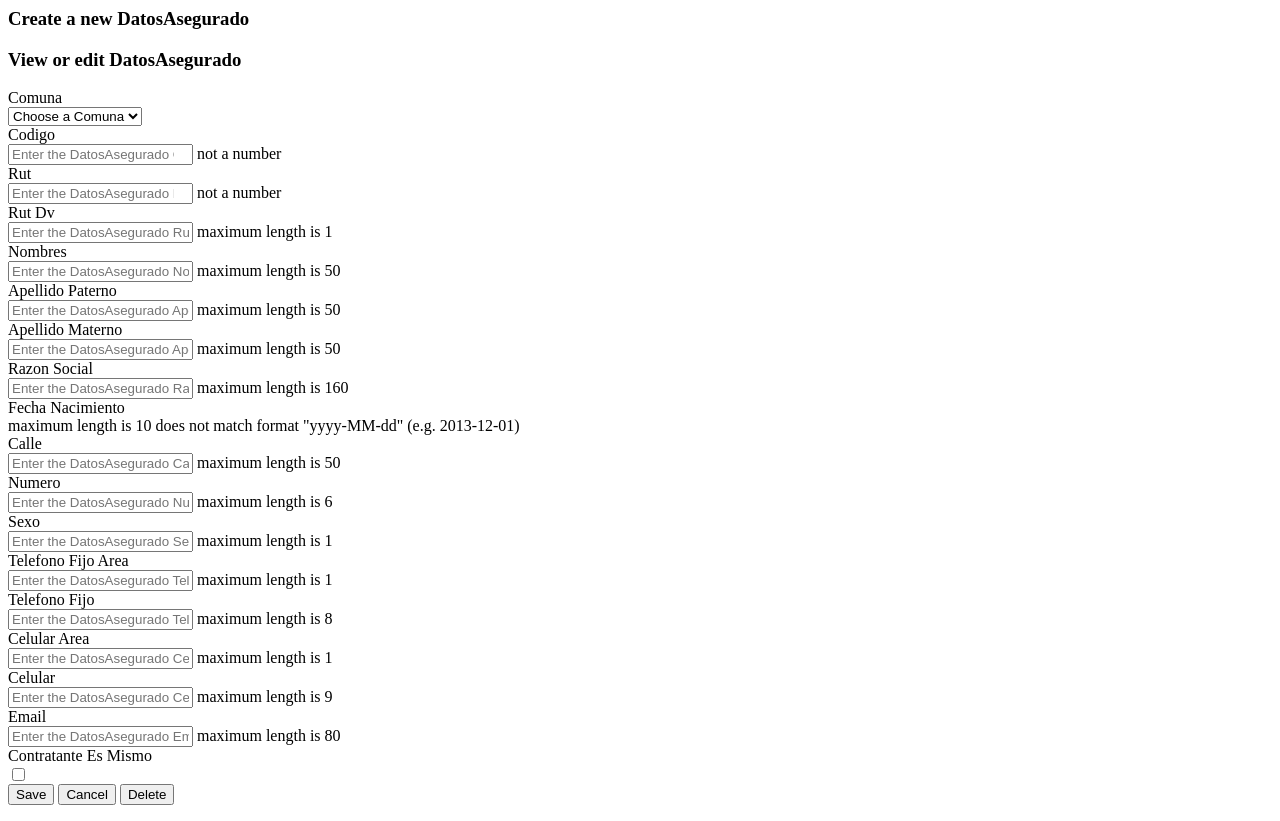
Repository: PabloRPalma/SistemaVentaSeguros
Page: Cotizador/src/main/webapp/views/DatosAsegurado/detail.html
An editor plug-in stored every save of this project. The page is shown before and after the next save, followed by the edit.
The browser window is 1280 px wide. The pictures show the whole page.

Above is the page before, as saved 2021-02-06 13:25:03.

### Cotizador/src/main/webapp/views/DatosAsegurado/detail.html
<header ng-switch on="$location.path().indexOf('/DatosAsegurados/new') > -1">
    <h3 ng-switch-when="true">Create a new DatosAsegurado</h3>
    <h3 ng-switch-when="false">View or edit DatosAsegurado</h3>
</header>
<form id="DatosAseguradoForm" name="DatosAseguradoForm" class="form-horizontal" role="form">

   <div class="form-group" ng-class="{'has-error': DatosAseguradoForm.comuna.$invalid}">
        <label for="comuna" class="col-sm-2 control-label">Comuna</label>
        <div id="comunaControls" class="col-sm-10">
        <select id="comuna" name="comuna" class="form-control" ng-model="comunaSelection" ng-options="c.text for c in comunaSelectionList"  >
            <option value="">Choose a Comuna</option>
        </select>
        </div>
    </div>

    <div class="form-group" ng-class="{'has-error': DatosAseguradoForm.codigo.$invalid}">
        <label for="codigo" class="col-sm-2 control-label">Codigo</label>
        <div id="codigoControls" class="col-sm-10">
            <input id="codigo" name="codigo" type="number" class="form-control" ng-model="datosAsegurado.codigo" placeholder="Enter the DatosAsegurado Codigo"></input>
            <span class="help-block error" ng-show="DatosAseguradoForm.codigo.$error.number">not a number</span>
        </div>
    </div>

    <div class="form-group" ng-class="{'has-error': DatosAseguradoForm.rut.$invalid}">
        <label for="rut" class="col-sm-2 control-label">Rut</label>
        <div id="rutControls" class="col-sm-10">
            <input id="rut" name="rut" type="number" class="form-control" ng-model="datosAsegurado.rut" placeholder="Enter the DatosAsegurado Rut"></input>
            <span class="help-block error" ng-show="DatosAseguradoForm.rut.$error.number">not a number</span>
        </div>
    </div>

    <div class="form-group" ng-class="{'has-error': DatosAseguradoForm.rutDv.$invalid}">
        <label for="rutDv" class="col-sm-2 control-label">Rut Dv</label>
        <div id="rutDvControls" class="col-sm-10">
            <input id="rutDv" name="rutDv" type="text" ng-maxlength="1" class="form-control" ng-model="datosAsegurado.rutDv" placeholder="Enter the DatosAsegurado Rut Dv"></input>
            <span class="help-block error" ng-show="DatosAseguradoForm.rutDv.$error.maxlength">maximum length is 1</span>
        </div>
    </div>

    <div class="form-group" ng-class="{'has-error': DatosAseguradoForm.nombres.$invalid}">
        <label for="nombres" class="col-sm-2 control-label">Nombres</label>
        <div id="nombresControls" class="col-sm-10">
            <input id="nombres" name="nombres" type="text" ng-maxlength="50" class="form-control" ng-model="datosAsegurado.nombres" placeholder="Enter the DatosAsegurado Nombres"></input>
            <span class="help-block error" ng-show="DatosAseguradoForm.nombres.$error.maxlength">maximum length is 50</span>
        </div>
    </div>

    <div class="form-group" ng-class="{'has-error': DatosAseguradoForm.apellidoPaterno.$invalid}">
        <label for="apellidoPaterno" class="col-sm-2 control-label">Apellido Paterno</label>
        <div id="apellidoPaternoControls" class="col-sm-10">
            <input id="apellidoPaterno" name="apellidoPaterno" type="text" ng-maxlength="50" class="form-control" ng-model="datosAsegurado.apellidoPaterno" placeholder="Enter the DatosAsegurado Apellido Paterno"></input>
            <span class="help-block error" ng-show="DatosAseguradoForm.apellidoPaterno.$error.maxlength">maximum length is 50</span>
        </div>
    </div>

    <div class="form-group" ng-class="{'has-error': DatosAseguradoForm.apellidoMaterno.$invalid}">
        <label for="apellidoMaterno" class="col-sm-2 control-label">Apellido Materno</label>
        <div id="apellidoMaternoControls" class="col-sm-10">
            <input id="apellidoMaterno" name="apellidoMaterno" type="text" ng-maxlength="50" class="form-control" ng-model="datosAsegurado.apellidoMaterno" placeholder="Enter the DatosAsegurado Apellido Materno"></input>
            <span class="help-block error" ng-show="DatosAseguradoForm.apellidoMaterno.$error.maxlength">maximum length is 50</span>
        </div>
    </div>

    <div class="form-group" ng-class="{'has-error': DatosAseguradoForm.razonSocial.$invalid}">
        <label for="razonSocial" class="col-sm-2 control-label">Razon Social</label>
        <div id="razonSocialControls" class="col-sm-10">
            <input id="razonSocial" name="razonSocial" type="text" ng-maxlength="160" class="form-control" ng-model="datosAsegurado.razonSocial" placeholder="Enter the DatosAsegurado Razon Social"></input>
            <span class="help-block error" ng-show="DatosAseguradoForm.razonSocial.$error.maxlength">maximum length is 160</span>
        </div>
    </div>

    <div class="form-group" ng-class="{'has-error': DatosAseguradoForm.fechaNacimiento.$invalid}">
        <label for="fechaNacimiento" class="col-sm-2 control-label">Fecha Nacimiento</label>
        <div id="fechaNacimientoControls" class="col-sm-10">
            <date id="fechaNacimiento" name="fechaNacimiento" ng-model="datosAsegurado.fechaNacimiento" placeholder="Enter the DatosAsegurado Fecha Nacimiento"></date>
            <span class="help-block error" ng-show="DatosAseguradoForm.fechaNacimiento.$error.maxlength">maximum length is 10</span>
            <span class="help-block error" ng-show="DatosAseguradoForm.fechaNacimiento.$error.dateFormat">does not match format "yyyy-MM-dd" (e.g. 2013-12-01)</span>
        </div>
    </div>

    <div class="form-group" ng-class="{'has-error': DatosAseguradoForm.calle.$invalid}">
        <label for="calle" class="col-sm-2 control-label">Calle</label>
        <div id="calleControls" class="col-sm-10">
            <input id="calle" name="calle" type="text" ng-maxlength="50" class="form-control" ng-model="datosAsegurado.calle" placeholder="Enter the DatosAsegurado Calle"></input>
            <span class="help-block error" ng-show="DatosAseguradoForm.calle.$error.maxlength">maximum length is 50</span>
        </div>
    </div>

    <div class="form-group" ng-class="{'has-error': DatosAseguradoForm.numero.$invalid}">
        <label for="numero" class="col-sm-2 control-label">Numero</label>
        <div id="numeroControls" class="col-sm-10">
            <input id="numero" name="numero" type="text" ng-maxlength="6" class="form-control" ng-model="datosAsegurado.numero" placeholder="Enter the DatosAsegurado Numero"></input>
            <span class="help-block error" ng-show="DatosAseguradoForm.numero.$error.maxlength">maximum length is 6</span>
        </div>
    </div>

    <div class="form-group" ng-class="{'has-error': DatosAseguradoForm.sexo.$invalid}">
        <label for="sexo" class="col-sm-2 control-label">Sexo</label>
        <div id="sexoControls" class="col-sm-10">
            <input id="sexo" name="sexo" type="text" ng-maxlength="1" class="form-control" ng-model="datosAsegurado.sexo" placeholder="Enter the DatosAsegurado Sexo"></input>
            <span class="help-block error" ng-show="DatosAseguradoForm.sexo.$error.maxlength">maximum length is 1</span>
        </div>
    </div>

    <div class="form-group" ng-class="{'has-error': DatosAseguradoForm.telefonoFijoArea.$invalid}">
        <label for="telefonoFijoArea" class="col-sm-2 control-label">Telefono Fijo Area</label>
        <div id="telefonoFijoAreaControls" class="col-sm-10">
            <input id="telefonoFijoArea" name="telefonoFijoArea" type="text" ng-maxlength="1" class="form-control" ng-model="datosAsegurado.telefonoFijoArea" placeholder="Enter the DatosAsegurado Telefono Fijo Area"></input>
            <span class="help-block error" ng-show="DatosAseguradoForm.telefonoFijoArea.$error.maxlength">maximum length is 1</span>
        </div>
    </div>

    <div class="form-group" ng-class="{'has-error': DatosAseguradoForm.telefonoFijo.$invalid}">
        <label for="telefonoFijo" class="col-sm-2 control-label">Telefono Fijo</label>
        <div id="telefonoFijoControls" class="col-sm-10">
            <input id="telefonoFijo" name="telefonoFijo" type="text" ng-maxlength="8" class="form-control" ng-model="datosAsegurado.telefonoFijo" placeholder="Enter the DatosAsegurado Telefono Fijo"></input>
            <span class="help-block error" ng-show="DatosAseguradoForm.telefonoFijo.$error.maxlength">maximum length is 8</span>
        </div>
    </div>

    <div class="form-group" ng-class="{'has-error': DatosAseguradoForm.celularArea.$invalid}">
        <label for="celularArea" class="col-sm-2 control-label">Celular Area</label>
        <div id="celularAreaControls" class="col-sm-10">
            <input id="celularArea" name="celularArea" type="text" ng-maxlength="1" class="form-control" ng-model="datosAsegurado.celularArea" placeholder="Enter the DatosAsegurado Celular Area"></input>
            <span class="help-block error" ng-show="DatosAseguradoForm.celularArea.$error.maxlength">maximum length is 1</span>
        </div>
    </div>

    <div class="form-group" ng-class="{'has-error': DatosAseguradoForm.celular.$invalid}">
        <label for="celular" class="col-sm-2 control-label">Celular</label>
        <div id="celularControls" class="col-sm-10">
            <input id="celular" name="celular" type="text" ng-maxlength="9" class="form-control" ng-model="datosAsegurado.celular" placeholder="Enter the DatosAsegurado Celular"></input>
            <span class="help-block error" ng-show="DatosAseguradoForm.celular.$error.maxlength">maximum length is 9</span>
        </div>
    </div>

    <div class="form-group" ng-class="{'has-error': DatosAseguradoForm.email.$invalid}">
        <label for="email" class="col-sm-2 control-label">Email</label>
        <div id="emailControls" class="col-sm-10">
            <input id="email" name="email" type="text" ng-maxlength="80" class="form-control" ng-model="datosAsegurado.email" placeholder="Enter the DatosAsegurado Email"></input>
            <span class="help-block error" ng-show="DatosAseguradoForm.email.$error.maxlength">maximum length is 80</span>
        </div>
    </div>

    <div class="form-group" ng-class="{'has-error': DatosAseguradoForm.contratanteEsMismo.$invalid}">
        <label for="contratanteEsMismo" class="col-sm-2 control-label">Contratante Es Mismo</label>
        <div id="contratanteEsMismoControls" class="col-sm-10">
            <input id="contratanteEsMismo" name="contratanteEsMismo" type="checkbox" class="checkbox" ng-model="datosAsegurado.contratanteEsMismo" placeholder="Enter the DatosAsegurado Contratante Es Mismo"></input>
        </div>
    </div>
    <div class="form-group">
        <div class="col-sm-offset-2 col-sm-10">
            <button id="saveDatosAsegurado" name="saveDatosAsegurado" class="btn btn-primary" ng-disabled="isClean() || DatosAseguradoForm.$invalid" ng-click="save()"><span class="glyphicon glyphicon-ok-sign"></span> Save</button>
            <button id="cancel" name="cancel" class="btn btn-default" ng-click="cancel()"><span class="glyphicon glyphicon-remove-sign"></span> Cancel</button>
            <button id="deleteDatosAsegurado" name="deleteDatosAsegurado" class="btn btn-danger" ng-show="datosAsegurado.valorizacionId" ng-click="remove()"><span class="glyphicon glyphicon-trash"></span> Delete</button>
        </div>
    </div>
</form>

After the next save:
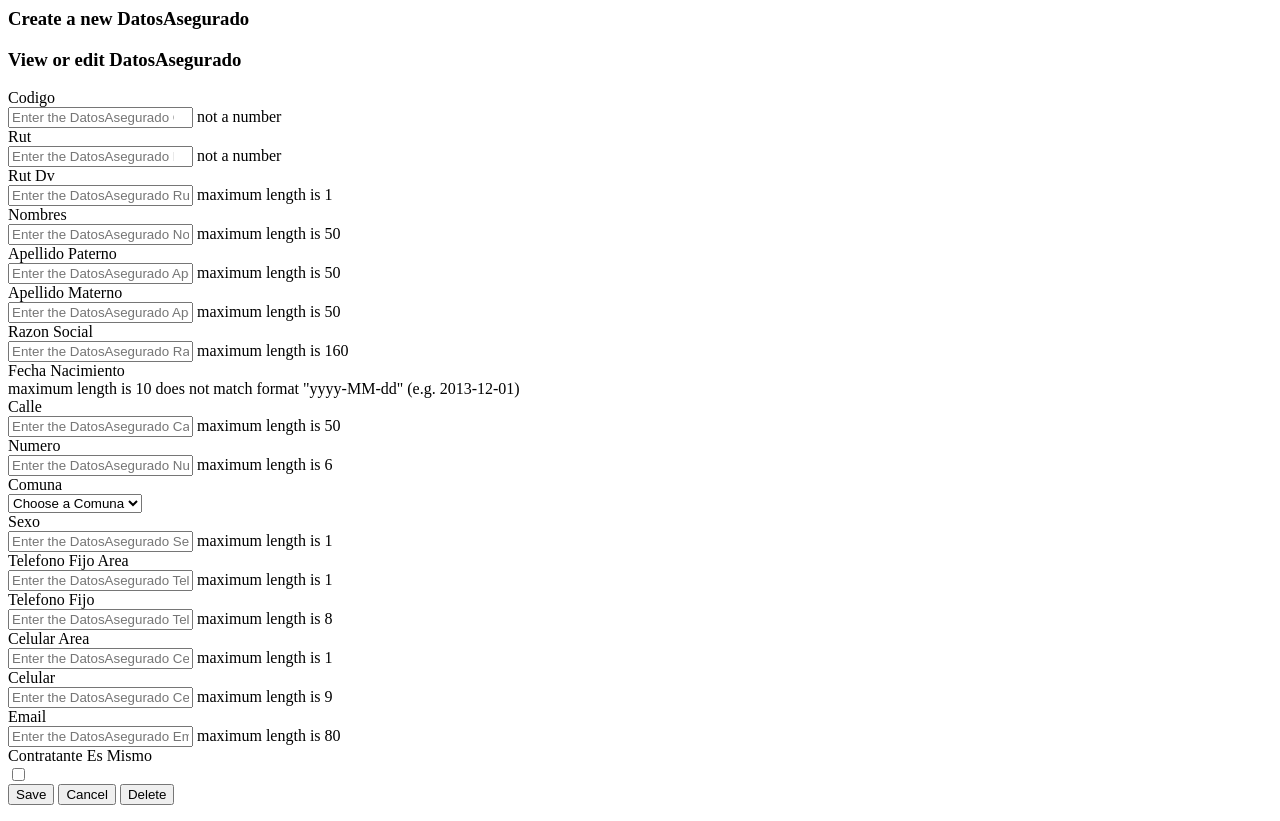
Saved 56 min 3 s later.
--- a/Cotizador/src/main/webapp/views/DatosAsegurado/detail.html
+++ b/Cotizador/src/main/webapp/views/DatosAsegurado/detail.html
@@ -4,14 +4,7 @@
 </header>
 <form id="DatosAseguradoForm" name="DatosAseguradoForm" class="form-horizontal" role="form">
 
-   <div class="form-group" ng-class="{'has-error': DatosAseguradoForm.comuna.$invalid}">
-        <label for="comuna" class="col-sm-2 control-label">Comuna</label>
-        <div id="comunaControls" class="col-sm-10">
-        <select id="comuna" name="comuna" class="form-control" ng-model="comunaSelection" ng-options="c.text for c in comunaSelectionList"  >
-            <option value="">Choose a Comuna</option>
-        </select>
-        </div>
-    </div>
+
 
     <div class="form-group" ng-class="{'has-error': DatosAseguradoForm.codigo.$invalid}">
         <label for="codigo" class="col-sm-2 control-label">Codigo</label>
@@ -93,7 +86,14 @@
             <span class="help-block error" ng-show="DatosAseguradoForm.numero.$error.maxlength">maximum length is 6</span>
         </div>
     </div>
-
+<div class="form-group" ng-class="{'has-error': DatosAseguradoForm.comuna.$invalid}">
+        <label for="comuna" class="col-sm-2 control-label">Comuna</label>
+        <div id="comunaControls" class="col-sm-10">
+        <select id="comuna" name="comuna" class="form-control" ng-model="comunaSelection" ng-options="c.text for c in comunaSelectionList"  >
+            <option value="">Choose a Comuna</option>
+        </select>
+        </div>
+    </div>
     <div class="form-group" ng-class="{'has-error': DatosAseguradoForm.sexo.$invalid}">
         <label for="sexo" class="col-sm-2 control-label">Sexo</label>
         <div id="sexoControls" class="col-sm-10">
